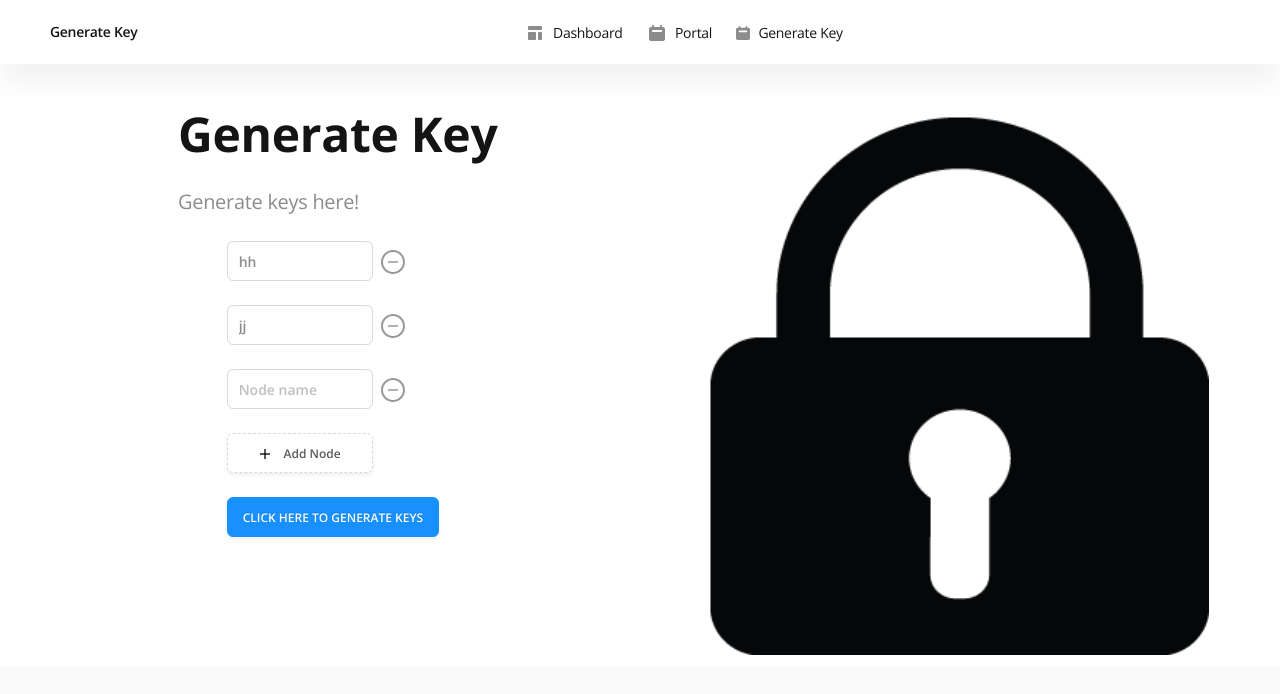
Repository: ahabalikhan/api-analytics-app-fe
Page: /sign-in
These files come from the project's save history. The page is drawn as it stood at one moment and after the next save; the edit follows.
The browser window is 1280 px wide. The pictures show the whole page.
The project was rebuilt for these pictures with package versions that can differ from the ones it lists, and the page was loaded fresh each time. Also part of the build but not shown: src/components/chart/configs/eChart.js, src/components/chart/EChart.js, src/components/chart/configs/lineChart.js, src/components/chart/LineChart.js, src/pages/Home.js, src/pages/Profile.js, src/components/layout/Sidenav.js, src/components/layout/Footer.js and 2 more. Imported but missing from the stored project, and not drawn on this page: src/pages/Billing, src/pages/Rtl, src/pages/Tables.

Above is the page before, as saved 2022-07-17 01:15:35.

### src/components/NodesForm.js
import { MinusCircleOutlined, PlusOutlined } from '@ant-design/icons';
import { Button, Form, Input } from 'antd';
import React from 'react';
const formItemLayout = {
    labelCol: {
        xs: {
            span: 24,
        },
        sm: {
            span: 4,
        },
    },
    wrapperCol: {
        xs: {
            span: 24,
        },
        sm: {
            span: 20,
        },
    },
};
const formItemLayoutWithOutLabel = {
    wrapperCol: {
        xs: {
            span: 24,
            offset: 0,
        },
        sm: {
            span: 20,
            offset: 4,
        },
    },
};

const NodesForm = () => {
    const onFinish = (values) => {
        console.log('Received values of form:', values);
    };

    return (
        <Form name="dynamic_form_item" {...formItemLayoutWithOutLabel} onFinish={onFinish}  initialValues={{ names: ['hh', 'jj', ''] }}>
            <Form.List
                name="names"
                rules={[
                    {
                        validator: async (_, names) => {
                            if (!names || names.length < 2) {
                                return Promise.reject(new Error('Enter at least 2 nodes'));
                            }
                        },
                    },
                ]}
            >
                {(fields, { add, remove }, { errors }) => (
                    <>
                        {fields.map((field, index) => (
                            <Form.Item
                                {...(index === 0 ? formItemLayout : formItemLayoutWithOutLabel)}
                                label={index === 0 ? 'Nodes' : ''}
                                required={false}
                                key={field.key}
                            >
                                <Form.Item
                                    {...field}
                                    validateTrigger={['onChange', 'onBlur']}
                                    rules={[
                                        {
                                            required: true,
                                            whitespace: true,
                                            message: "Please input node's name or delete this field.",
                                        },
                                    ]}
                                    noStyle
                                >
                                    <Input
                                        placeholder="Node name"
                                        style={{
                                            width: '60%',
                                        }}
                                    />
                                </Form.Item>
                                {fields.length > 1 ? (
                                    <MinusCircleOutlined
                                        className="dynamic-delete-button"

                                        onClick={() => remove(field.name)}
                                    />
                                ) : null}
                            </Form.Item>
                        ))}
                        <Form.Item>
                            <Button
                                type="dashed"
                                onClick={() => add()}
                                style={{
                                    width: '60%',
                                }}
                                icon={<PlusOutlined />}
                            >
                                Add Node
                            </Button>
                            <Form.ErrorList errors={errors} />
                        </Form.Item>
                    </>
                )}
            </Form.List>
            <Form.Item>
                <Button
                    type="primary"
                    htmlType="submit"
                >
                    CLICK HERE TO GENERATE KEYS
                </Button>
            </Form.Item>
        </Form>
    );
};

export default NodesForm;

Loaded but not shown: public/index.html (common file); src/index.js (common file); src/components/layout/Header.js (337 lines, source omitted); src/pages/SignIn.js (205 lines, source omitted); src/pages/Portal.js (171 lines, source omitted); src/App.js (33 lines, source omitted); src/assets/styles/main.css (3064 lines, source omitted)

After the next save:
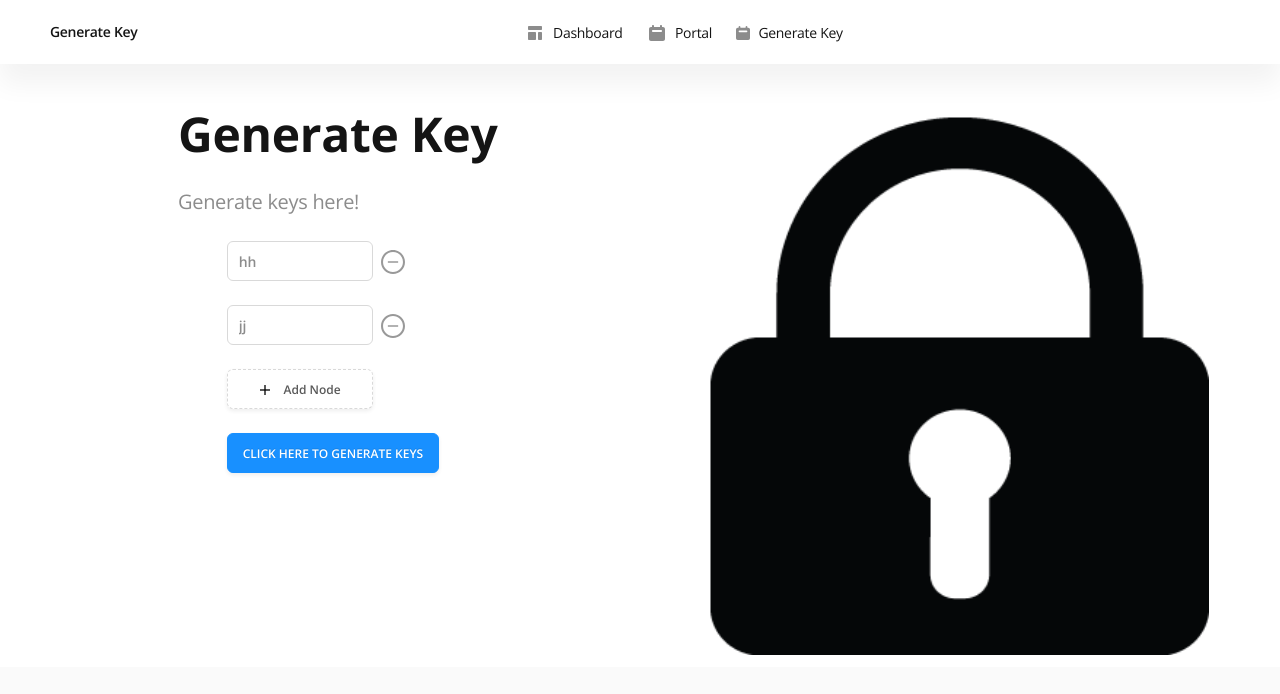
Saved 23 s later.
--- a/src/components/NodesForm.js
+++ b/src/components/NodesForm.js
@@ -38,7 +38,7 @@ const NodesForm = () => {
     };
 
     return (
-        <Form name="dynamic_form_item" {...formItemLayoutWithOutLabel} onFinish={onFinish}  initialValues={{ names: ['hh', 'jj', ''] }}>
+        <Form name="dynamic_form_item" {...formItemLayoutWithOutLabel} onFinish={onFinish}  initialValues={{ names: ['hh', 'jj'] }}>
             <Form.List
                 name="names"
                 rules={[
